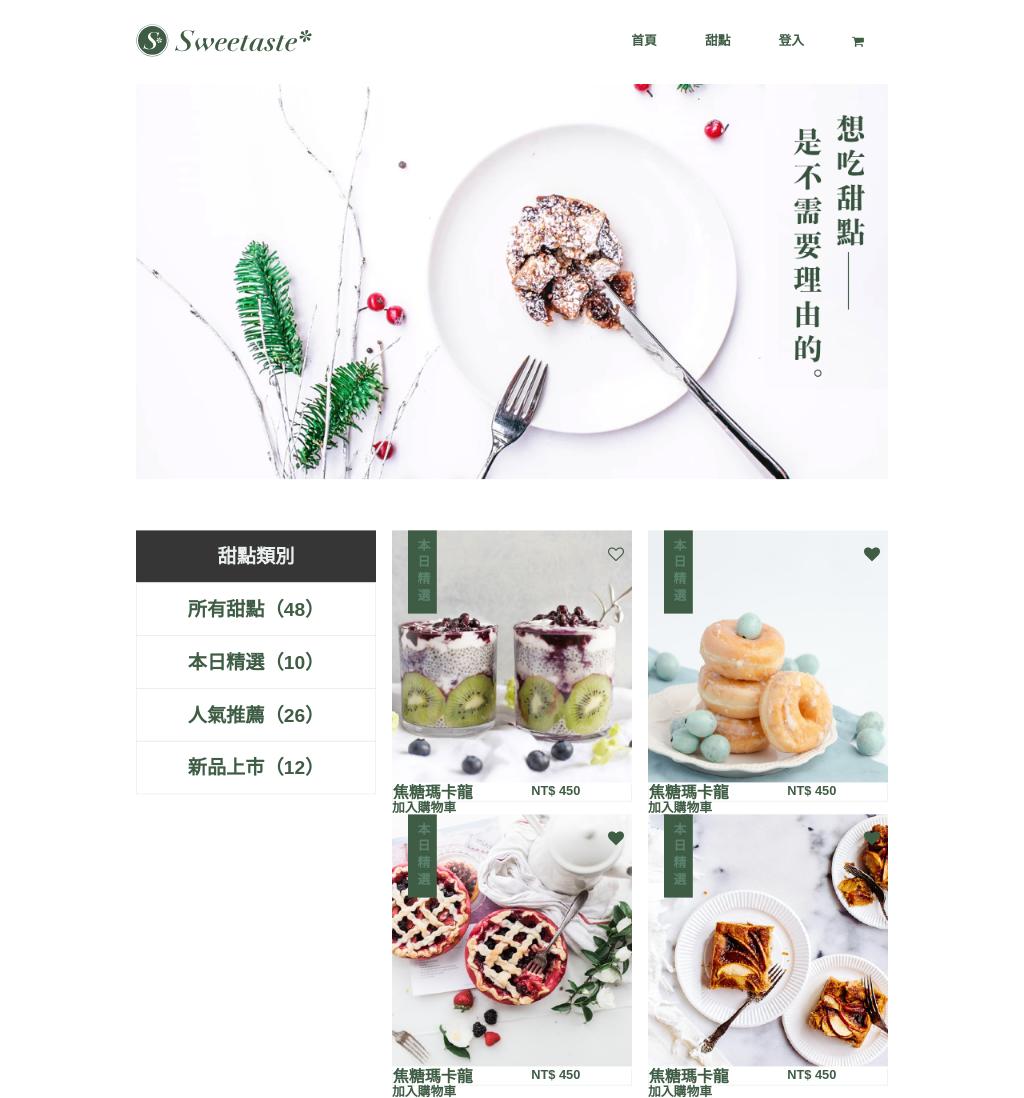
Repository: michelle61219/Sweets
Page: index.html
These files come from the project's save history. The page is drawn as it stood at one moment and after the next save; the edit follows.
The browser window is 1280 px wide. The pictures show the whole page, at 80% of full size.

Above is the page before, as saved 2021-06-13 15:40:31.

After the next save:
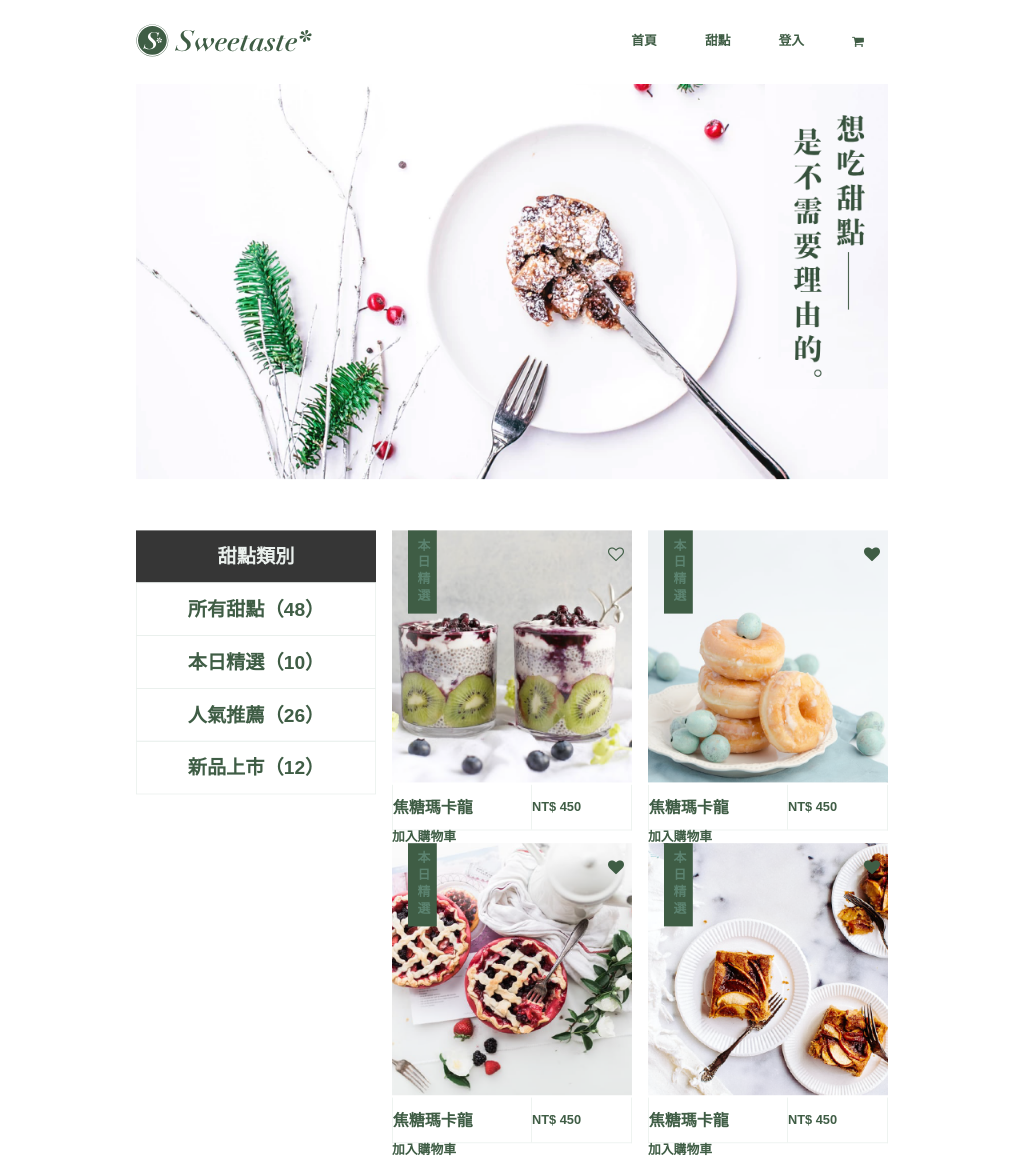
Saved 16 s later.
--- a/style.css
+++ b/style.css
@@ -243,10 +243,11 @@ a {
 	border-bottom: 1px solid #eaf0ed;
 	border-left: 1px solid #eaf0ed;
 	border-right: 1px solid #eaf0ed;
+	line-height: 56px;
 }
 .productList-card-body h2 {
 	font-size: 20px;
 	/* 300-127 */
 	width: 173px;
-	border-right: 1px solid eaf0ed;
-}
+	border-right: 1px solid #eaf0ed;
+}
